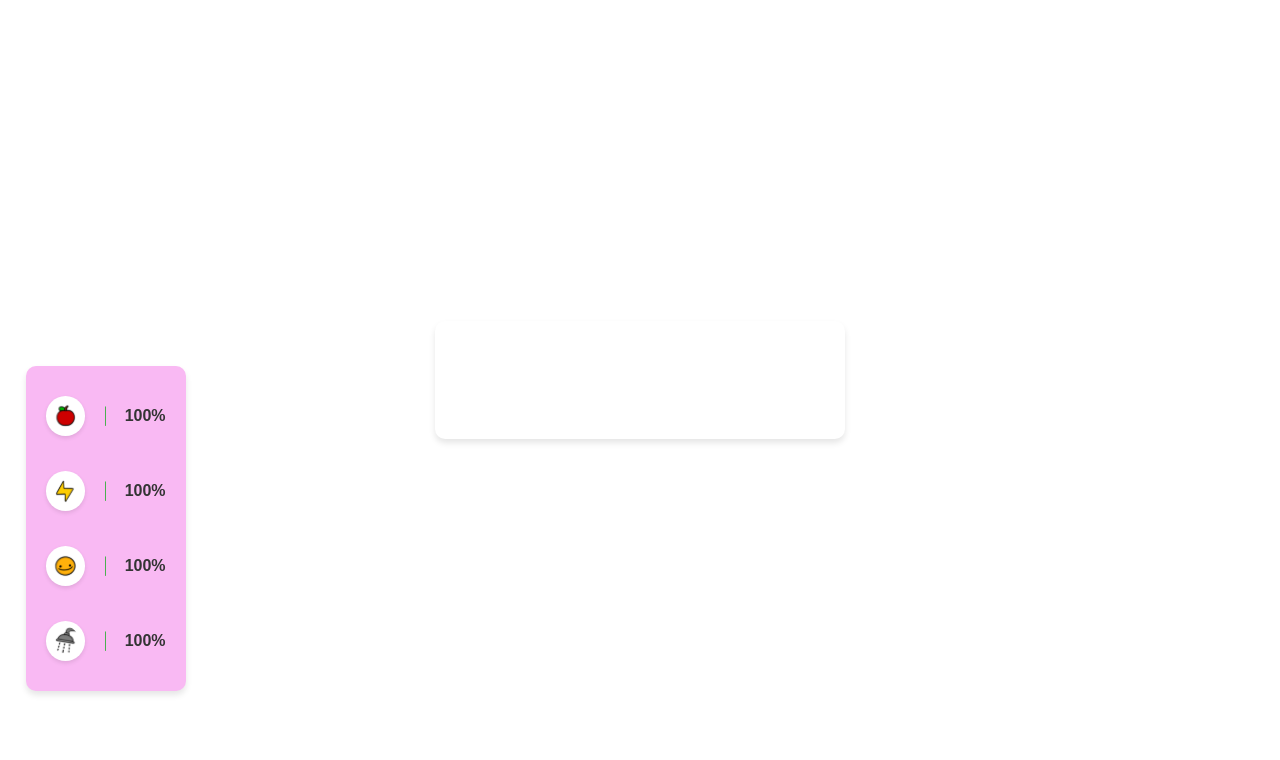
Repository: sarahjx/CapyCare
Page: html/pet.html
These files come from the project's save history. The page is drawn as it stood at one moment and after a run of saves; the edit follows.
The browser window is 1280 px wide. The pictures show the whole page.

Above is the page before, as saved 2025-04-30 18:22:20.
Console error: TypeError: Cannot read properties of null (reading 'addEventListener')

### html/pet.html
<!-- @format -->

<!DOCTYPE html>
<html lang="en">
  <head>
    <meta charset="UTF-8" />
    <meta name="viewport" content="width=device-width, initial-scale=1.0" />
    <title>Virtual Pet Game</title>
    <link rel="stylesheet" href="styles.css" />
    <link rel="stylesheet" href="css/statusbar.css" />
  </head>
  <body>
    <div class="container">
      <!-- Button Section -->
      <div class="buttons">
        <button class="action-btn" onclick="feedPet(currentPet)">Feed</button>
        <button class="action-btn" onclick="bathePet(currentPet)">Bathe</button>
        <button class="action-btn" onclick="bedtime(currentPet)">Sleep</button>
        <button class="action-btn" onclick="touchPet(currentPet)">Play</button>
        <button id="pauseButton" class="action-btn" onclick="togglePause()">
          Pause
        </button>
      </div>
    </div>

    <!-- Status Bar Container -->
    <div class="status-bar-container">
      <!-- Top Bar: Hunger and Energy -->
      <div class="status-row">
        <img src="images/hunger.svg" alt="Hunger Icon" class="status-icon" />
        <div class="bar" id="hunger-bar">
          <div class="status-fill"></div>
        </div>
        <span id="hunger-value">100%</span>
      </div>
      <div class="status-row">
        <img src="images/energy.svg" alt="Energy Icon" class="status-icon" />
        <div class="bar" id="energy-bar">
          <div class="status-fill"></div>
        </div>
        <span id="energy-value">100%</span>
      </div>

      <!-- Bottom Bar: Happiness and Hygiene -->
      <div class="status-row">
        <img
          src="images/happiness.svg"
          alt="Happiness Icon"
          class="status-icon"
        />
        <div class="bar" id="happiness-bar">
          <div class="status-fill"></div>
        </div>
        <span id="happiness-value">100%</span>
      </div>
      <div class="status-row">
        <img src="images/hygiene.svg" alt="Hygiene Icon" class="status-icon" />
        <div class="bar" id="hygiene-bar">
          <div class="status-fill"></div>
        </div>
        <span id="hygiene-value">100%</span>
      </div>
    </div>

    <!-- Game Over Screen -->
    <div id="gameOverScreen" class="game-over" style="display: none">
      <h2 id="gameOverMessage"></h2>
      <button onclick="resetGame()">Start New Game</button>
    </div>

    <script src="backend/status.js"></script>
    <script>
      // Update bars in real-time
      setInterval(() => {
        if (!isPaused) {
          document.getElementById("hunger-bar").style.width = `${hunger}%`;
          document.getElementById("energy-bar").style.width = `${energy}%`;
          document.getElementById(
            "happiness-bar"
          ).style.width = `${happiness}%`;
          document.getElementById("hygiene-bar").style.width = `${hygiene}%`;

          document.getElementById("hunger-value").textContent = `${Math.round(
            hunger
          )}%`;
          document.getElementById("energy-value").textContent = `${Math.round(
            energy
          )}%`;
          document.getElementById(
            "happiness-value"
          ).textContent = `${Math.round(happiness)}%`;
          document.getElementById("hygiene-value").textContent = `${Math.round(
            hygiene
          )}%`;
        }
      }, 1000);
    </script>
  </body>
</html>

### styles.css
:root {
    --primary-color: #F9D9D9;
    --secondary-color: #D9E7F9;
    --tertiary-color: #FFF1FB;
    --accent-color: #F7EFD7;
    --text-color: #333;
    --spacing-xs: 0.5rem;
    --spacing-sm: 0.75rem;
    --spacing-md: 1rem;
    --spacing-lg: 1.5rem;
    --spacing-xl: 2rem;
    --spacing-xxl: 3rem;
    --font-family: 'Fredoka One', sans-serif;
    --font-size-xs: 0.75rem;
    --font-size-sm: 0.875rem;
    --font-size-md: 1rem;
    --font-size-lg: 1.125rem;
    --font-size-xl: 1.25rem;
    --font-size-xxl: 1.5rem;
}

  /* landing page */
.landing-page {
    position: relative;
    width: 100vw;
    overflow: hidden;
    color: var(--secondary-color);
    font-family: var(--font-family);
}

.welcome-message {
    text-align: center;
    font-size: 4rem;
    color: var(--text-color);
    font-family: var(--font-family);
    background-color: var(--accent-color);
    border: 3px solid var(--secondary-color);
    padding: var(--spacing-md) var(--spacing-lg);
    border-radius: 12px;
    margin-bottom: var(--spacing-lg);
    box-shadow: 0 4px 10px rgba(0, 0, 0, 0.1);
}

.background {
    position: relative;
    top: 0;
    left: 0;
    width: 100%;
    height: 100%;
    z-index: -1;
}

.background img {
    width: 100%;
    height: 100%;
    object-fit: cover;
    object-position: center top;
}

  /* Button container */
.button-container {
    position: absolute;
    top: 0;
    left: 0;
    width: 100%;
    height: 100%;
    display: flex;
    flex-direction: column;
    align-items: center;
    justify-content: center;
    padding-top: 45vh;
}

  /* Button styles */
.png-button {
    border: none;
    background: transparent;
    padding: 0;
    cursor: pointer;
    transform: translateY(0);
    transition: transform 0.2s ease;
    z-index: 2;
}

.png-button img {
    width: 530px;
    height: auto;
    display: block;
}

.png-button:hover img {
    transform: scale(1.05);
}

.png-button:active img {
    transform: scale(0.98);
}


/* pet page */

body {
    font-family: Arial, sans-serif;
    display: flex;
    justify-content: center;
    align-items: center;
    height: 100vh;
    background-color: #f0f0f0;
    margin: 0;
}

/* Container for all content */
.container {
    text-align: center;
    background-color: #fff;
    border-radius: 10px;
    padding: 30px;
    box-shadow: 0 4px 6px rgba(0, 0, 0, 0.1);
    width: 350px;
    position: relative;
}

/* Button section above the status bars */
.buttons {
    display: flex;
    justify-content: space-around;
    margin-bottom: 20px;
}

/* Style for action buttons */
.action-btn {
    padding: 10px 20px;
    font-size: 16px;
    cursor: pointer;
    background-color: var(--button-color);
    color: white;
    border: none;
    border-radius: 5px;
}

.action-btn:hover {
    background-color: #45a049;
}

/* Status bar section at the bottom of the container */
.status-bar {
    position: absolute;
    bottom: 0;
    width: 100%;
}

/* Individual rows containing icons and bars */
.status-row {
    display: flex;
    align-items: center;
    margin: 10px 0;
}

/* Status icon (SVG) */
.status-icon {
    width: 30px;
    height: 30px;
    margin-right: 10px;
}

/* Status bars */
.bar {
    width: 0;
    height: 20px;
    background-color: var(--primary-color);
    border-radius: 5px;
    transition: width 0.5s ease-in-out;
}

### css/statusbar.css
/** @format */

:root {
  --primary-color: #f9d9d9;
  --secondary-color: #d9e7f9;
  --tertiary-color: #fff1fb;
  --accent-color: #f7efd7;
  --text-color: #333;
  --spacing-xs: 0.5rem;
  --spacing-sm: 0.75rem;
  --spacing-md: 1rem;
  --spacing-lg: 1.5rem;
  --spacing-xl: 2rem;
  --spacing-xxl: 3rem;
  --font-family: "McLaren", sans-serif;
  --font-size-xs: 0.75rem;
  --font-size-sm: 0.875rem;
  --font-size-md: 1rem;
  --font-size-lg: 1.125rem;
  --font-size-xl: 1.25rem;
  --font-size-xxl: 1.5rem;
}

body {
  font-family: var(--font-family);
  font-weight: 10;
  max-width: 800px;
  margin: 0 auto;
  padding: 20px;
  background-color: #ffffff;
}

.status-bar-container {
  position: fixed;
  background-color: rgb(249, 185, 243);
  padding: 20px;
  border-radius: 10px;
  display: flex;
  flex-direction: column;
  gap: 15px;
  bottom: 4%;
  left: 2%;
  box-shadow: 0 4px 6px rgba(0, 0, 0, 0.1);
}

.status-icon-container {
  display: inline-flex;
  flex-direction: column;
}

.status-row {
  display: flex;
  align-items: center;
  gap: 10px;
}

.status-icon {
  width: 30px;
  height: 30px;
  padding: 5px;
  background-color: white;
  border-radius: 50%;
  box-shadow: 0 2px 4px rgba(0, 0, 0, 0.1);
}

.status-label {
  display: inline-block;
  width: 100px;
  font-weight: bold;
}

.bar {
  width: 200px;
  height: 20px;
  background-color: #eee;
  border-radius: 10px;
  overflow: hidden;
  position: relative;
}

.status-fill {
  height: 100%;
  background-color: #4caf50;
  transition: width 0.3s ease;
  border-radius: 10px;
}

#hunger-value,
#energy-value,
#happiness-value,
#hygiene-value {
  min-width: 50px;
  text-align: right;
  font-weight: bold;
  color: #333;
}

.action-buttons {
  margin-top: 20px;
  display: inline-flex;
  flex-direction: column;
  padding: 10px;
  border-radius: 10px;
  gap: 15px;
  background-color: #ff9800;
  position: fixed;
  right: 2%;
  bottom: 4%;
}

button {
  padding: 10px;
  border: none;
  border-radius: 5px;
  background-color: #4caf50;
  color: white;
  cursor: pointer;
  transition: background-color 0.3s;
  width: 6rem;
  font-family: var(--font-family);
  font-weight: 7pt;
  font-size: var(--font-size-xl);
}

button:hover {
  background-color: #45a049;
}

.warning {
  color: #ff9800;
  font-weight: bold;
  margin-top: 5px;
}

.critical {
  color: #f44336;
  font-weight: bold;
  margin-top: 5px;
}

.hidden {
  display: none;
}

### backend/status.js
/** @format */

function Personality(favFood, active, clean, clingy, foodLover, introText) {
  this.favFood = favFood;
  this.active = active;
  this.clean = clean;
  this.clingy = clingy;
  this.foodLover = foodLover;
  this.intro = introText;
}

const mix1 = new Personality(
  "Sunfruit",
  true,
  true,
  true,
  true,
  "This pet is energetic and playful, always ready to explore or play. They love the taste of Sunfruit and will happily eat it when offered, but they'll need constant attention, so expect lots of petting and cuddling. Despite their active nature, they stay clean and are easy to bathe. This pet loves affection and will return it in kind!"
);
const mix2 = new Personality(
  "Snakberry",
  true,
  true,
  false,
  true,
  "This pet is full of energy and loves to make the most of their days. They are particularly fond of Snakberries, which they will devour happily, but they tend to get hungry more often due to their high energy levels. Despite their active nature, they keep themselves clean and are easy to bathe. They're not overly clingy, so while they'll happily spend time with you, they won't be demanding affection constantly."
);
const mix3 = new Personality(
  "Dreamleaf",
  false,
  false,
  true,
  false,
  "This pet is laid-back and enjoys spending time with you, always seeking your company. They love Dreamleaf as a treat, but they're not particularly food-driven and don't get hungry as often. While they may get a little dirty from time to time, they tend to move around when you try to bathe them. Expect them to seek out your attention frequently, and be ready to shower them with love when they come to you for pets."
);

const personalities = [mix1, mix2, mix3];

// Global variables
let currentPet = null;
let hunger = 100;
let energy = 100;
let hygiene = 100;
let happiness = 100;
let isGameOver = false;
let isPaused = false;

// Store interval IDs globally
let hungerInterval = null;
let energyInterval = null;
let hygieneInterval = null;
let happinessInterval = null;

function getRandomPersonality() {
  const randomIndex = Math.floor(Math.random() * personalities.length);
  currentPet = personalities[randomIndex];
  console.log("New pet initialized:", currentPet.intro);
  return currentPet;
}

// Personality-based status decrease functions
function decreaseHunger() {
  if (!currentPet || isGameOver) return;

  // Food lovers get hungry faster
  const decreaseAmount = currentPet.foodLover ? 15 : 10;
  if (hunger <= 0) {
    hunger = 0;
    if (checkGameOver()) return;
  } else if (hunger > 0) {
    hunger -= decreaseAmount;
    if (checkGameOver()) return;
  }
  console.log("Hunger: " + hunger);
  warning();
}

function decreaseEnergy() {
  if (!currentPet || isGameOver) return;

  // Active pets lose energy faster
  const decreaseAmount = currentPet.active ? 15 : 10;
  if (energy <= 0) {
    energy = 0;
    if (checkGameOver()) return;
  } else if (energy > 0) {
    energy -= decreaseAmount;
    if (checkGameOver()) return;
  }
  console.log("Energy: " + energy);
  warning();
}

function decreaseHygiene() {
  if (!currentPet || isGameOver) return;

  // Clean pets lose hygiene slower
  const decreaseAmount = currentPet.clean ? 8 : 12;
  if (hygiene <= 0) {
    hygiene = 0;
    if (checkGameOver()) return;
  } else if (hygiene > 0) {
    hygiene -= decreaseAmount;
    if (checkGameOver()) return;
  }
  console.log("Hygiene: " + hygiene);
  warning();
}

function decreaseHappiness() {
  if (!currentPet || isGameOver) return;

  // Clingy pets lose happiness faster when not attended to
  const decreaseAmount = currentPet.clingy ? 15 : 10;
  if (happiness <= 0) {
    happiness = 0;
    if (checkGameOver()) return;
  } else if (happiness > 0) {
    happiness -= decreaseAmount;
    if (checkGameOver()) return;
  }
  console.log("Happiness: " + happiness);
  warning();
}

// Update intervals with personality-based timing
function updateIntervals() {
  // Clear any existing intervals
  if (hungerInterval) clearInterval(hungerInterval);
  if (energyInterval) clearInterval(energyInterval);
  if (hygieneInterval) clearInterval(hygieneInterval);
  if (happinessInterval) clearInterval(happinessInterval);

  // Set new intervals based on personality
  hungerInterval = setInterval(
    () => {
      decreaseHunger();
      warning();
    },
    currentPet.foodLover ? 6000 : 8000
  );

  energyInterval = setInterval(
    () => {
      decreaseEnergy();
      warning();
    },
    currentPet.active ? 8000 : 12000
  );

  hygieneInterval = setInterval(
    () => {
      decreaseHygiene();
      warning();
    },
    currentPet.clean ? 18000 : 15000
  );

  happinessInterval = setInterval(
    () => {
      decreaseHappiness();
      warning();
    },
    currentPet.clingy ? 8000 : 10000
  );

  console.log("Intervals updated for pet:", currentPet.intro);
}

// Pause game function
function pauseGame() {
  if (hungerInterval) clearInterval(hungerInterval);
  if (energyInterval) clearInterval(energyInterval);
  if (hygieneInterval) clearInterval(hygieneInterval);
  if (happinessInterval) clearInterval(happinessInterval);
  console.log("Game paused");
}

// Resume game function
function resumeGame() {
  updateIntervals();
  console.log("Game resumed");
}

// Initialize with a random pet and start intervals
currentPet = getRandomPersonality();
updateIntervals();

function touchPet(personality) {
  if (personality.clingy) {
    gainStatus("happiness");
    console.log("Your pet loves the attention!");
  } else {
    loseStatus("happiness");
    console.log("Your pet prefers their space.");
  }
}

function feedPet(personality) {
  gainStatus("hunger"); // Always increase hunger
  if (personality.foodLover) {
    gainStatus("happiness");
    console.log("Your pet loves the food!");
  } else {
    loseStatus("happiness");
    console.log("Your pet isn't very interested in food.");
  }
}

function bathePet(personality) {
  gainStatus("hygiene"); // Always increase hygiene
  if (personality.clean) {
    gainStatus("happiness");
    console.log("Your pet enjoys being clean!");
  } else {
    loseStatus("happiness");
    console.log("Your pet doesn't like baths.");
  }
}

function bedtime(personality) {
  gainStatus("energy"); // Always increase energy
  if (personality.active) {
    loseStatus("happiness");
    console.log("Your pet is too energetic to sleep!");
  } else {
    gainStatus("happiness");
    console.log("Your pet enjoys resting.");
  }
}

function gainStatus(category) {
  switch (category) {
    case "hunger":
      if (hunger >= 100) {
        console.log("Hunger is full!");
      } else if (hunger < 100) {
        hunger += 10;
        console.log("Hunger: " + hunger);
      }
      break;
    case "energy":
      if (energy >= 100) {
        console.log("Energy is full!");
      } else if (energy < 100) {
        energy += 10;
        console.log("Energy: " + energy);
      }
      break;
    case "hygiene":
      if (hygiene >= 100) {
        console.log("Hygiene is full!");
      } else if (hygiene < 100) {
        hygiene += 10;
        console.log("Hygiene: " + hygiene);
      }
      break;
    case "happiness":
      if (happiness >= 100) {
        console.log("Happiness is full!");
      } else if (happiness < 100) {
        happiness += 10;
        console.log("Happiness: " + happiness);
      }
      break;
    default:
      console.log("Invalid category");
  }
}

function loseStatus(category) {
  switch (category) {
    case "hunger":
      if (hunger <= 0) {
        console.log("Hunger is empty!");
        hunger = 0;
      } else if (hunger > 0) {
        hunger -= 10;
        console.log("Hunger: " + hunger);
      }
      break;
    case "energy":
      if (energy <= 0) {
        console.log("Energy is empty!");
        energy = 0;
      } else if (energy > 0) {
        energy -= 10;
        console.log("Energy: " + energy);
      }
      break;
    case "hygiene":
      if (hygiene <= 0) {
        console.log("Hygiene is empty!");
        hygiene = 0;
      } else if (hygiene > 0) {
        hygiene -= 10;
        console.log("Hygiene: " + hygiene);
      }
      break;
    case "happiness":
      if (happiness <= 0) {
        console.log("Happiness is empty!");
        happiness = 0;
      } else if (happiness > 0) {
        happiness -= 10;
        console.log("Happiness: " + happiness);
      }
      break;
    default:
      console.log("Invalid category");
  }
}

function warning() {
  // Hunger warnings
  if (hunger <= 50 && hunger > 20) {
    document.getElementById("hunger-warning").textContent =
      "Your pet is getting hungry!";
    document.getElementById("hunger-warning").className = "warning";
  } else if (hunger <= 20 && hunger > 0) {
    document.getElementById("hunger-warning").textContent =
      "Your pet is starving!";
    document.getElementById("hunger-warning").className = "critical";
  } else {
    document.getElementById("hunger-warning").textContent = "";
  }

  // Energy warnings
  if (energy <= 50 && energy > 20) {
    document.getElementById("energy-warning").textContent =
      "Your pet is getting tired!";
    document.getElementById("energy-warning").className = "warning";
  } else if (energy <= 20 && energy > 0) {
    document.getElementById("energy-warning").textContent =
      "Your pet is exhausted!";
    document.getElementById("energy-warning").className = "critical";
  } else {
    document.getElementById("energy-warning").textContent = "";
  }

  // Hygiene warnings
  if (hygiene <= 50 && hygiene > 20) {
    document.getElementById("hygiene-warning").textContent =
      "Your pet needs a bath!";
    document.getElementById("hygiene-warning").className = "warning";
  } else if (hygiene <= 20 && hygiene > 0) {
    document.getElementById("hygiene-warning").textContent =
      "Your pet is filthy!";
    document.getElementById("hygiene-warning").className = "critical";
  } else {
    document.getElementById("hygiene-warning").textContent = "";
  }

  // Happiness warnings
  if (happiness <= 50 && happiness > 20) {
    document.getElementById("happiness-warning").textContent =
      "Your pet is getting sad!";
    document.getElementById("happiness-warning").className = "warning";
  } else if (happiness <= 20 && happiness > 0) {
    document.getElementById("happiness-warning").textContent =
      "Your pet is depressed!";
    document.getElementById("happiness-warning").className = "critical";
  } else {
    document.getElementById("happiness-warning").textContent = "";
  }
}

function checkGameOver() {
  if (hunger <= 0 || energy <= 0 || hygiene <= 0 || happiness <= 0) {
    isGameOver = true;
    pauseGame();
    showGameOver();
    return true;
  }
  return false;
}

function showGameOver() {
  let reason = "";
  if (hunger <= 0) reason = "Your pet starved to death!";
  else if (energy <= 0) reason = "Your pet died from exhaustion!";
  else if (hygiene <= 0) reason = "Your pet died from poor hygiene!";
  else if (happiness <= 0) reason = "Your pet died from sadness!";

  console.log("GAME OVER: " + reason);
  document.getElementById("gameOverMessage").textContent = reason;
  document.getElementById("gameOverScreen").style.display = "flex";
}

function resetGame() {
  isGameOver = false;
  hunger = 100;
  energy = 100;
  hygiene = 100;
  happiness = 100;
  document.getElementById("gameOverScreen").style.display = "none";
  currentPet = getRandomPersonality();
  updateStatusBars();
  updateIntervals();
}

function togglePause() {
  isPaused = !isPaused;
  const pauseButton = document.getElementById("pauseButton");
  const buttons = document.querySelectorAll(
    ".buttons button:not(#pauseButton)"
  );

  if (isPaused) {
    pauseButton.textContent = "Resume";
    pauseButton.classList.add("paused");
    buttons.forEach((button) => (button.disabled = true));
    pauseGame();
  } else {
    pauseButton.textContent = "Pause";
    pauseButton.classList.remove("paused");
    buttons.forEach((button) => (button.disabled = false));
    resumeGame();
  }
}

// Update status bars
function updateStatusBars() {
  document.getElementById("hunger-bar").style.width = hunger + "%";
  document.getElementById("energy-bar").style.width = energy + "%";
  document.getElementById("hygiene-bar").style.width = hygiene + "%";
  document.getElementById("happiness-bar").style.width = happiness + "%";

  document.getElementById("hunger-value").textContent = hunger + "%";
  document.getElementById("energy-value").textContent = energy + "%";
  document.getElementById("hygiene-value").textContent = hygiene + "%";
  document.getElementById("happiness-value").textContent = happiness + "%";
}

// Override console.log to update UI
const originalConsoleLog = console.log;
console.log = function () {
  originalConsoleLog.apply(console, arguments);
  updateStatusBars();
};

// Initial update
updateStatusBars();



  const toggleButton = document.getElementById('toggle-button');
  const closeButton = document.getElementById('close-button');
  const actionButtons = document.getElementById('action-buttons-column');

  toggleButton.addEventListener('click', () => {
    actionButtons.classList.remove('hidden');
    toggleButton.classList.add('hidden');
  });

  closeButton.addEventListener('click', () => {
    actionButtons.classList.add('hidden');
    toggleButton.classList.remove('hidden');
  });

After the next 2 saves:
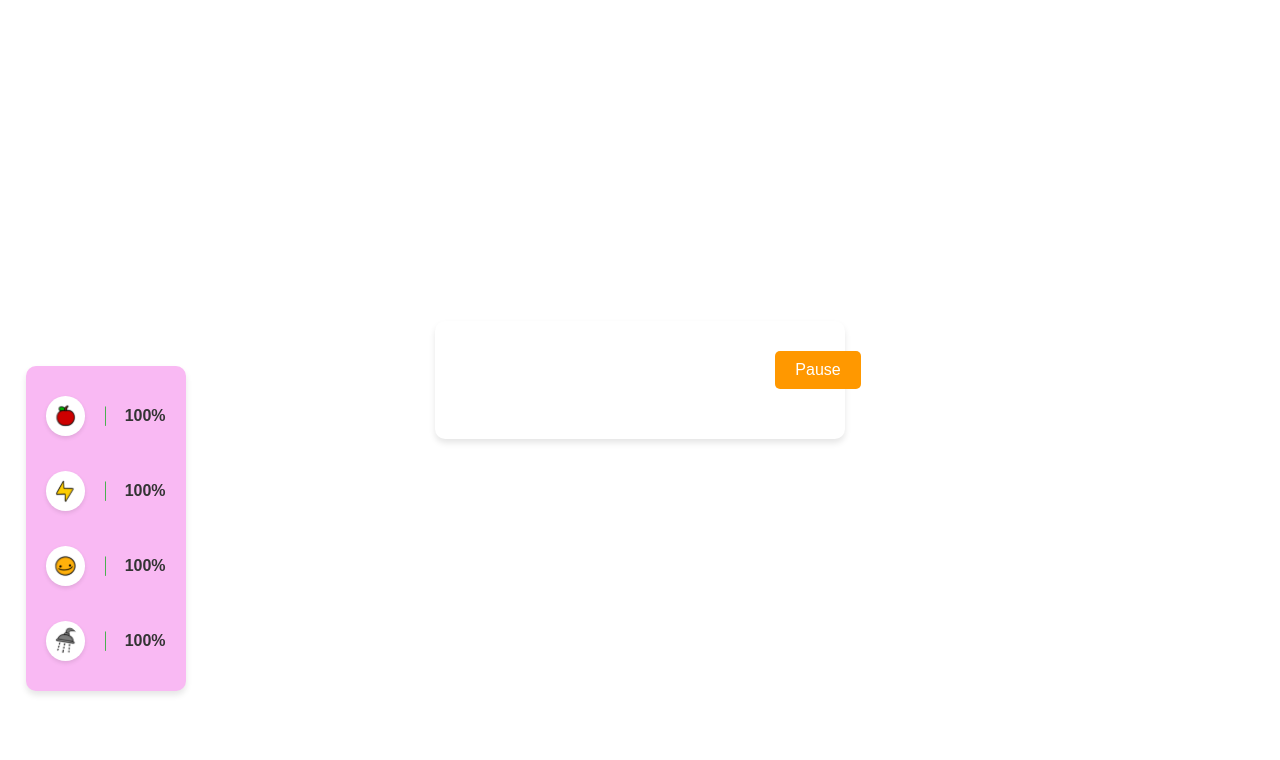
The 2 saves are shown as one change because they came seconds apart.
The last was saved 7 s later.
--- a/css/statusbar.css
+++ b/css/statusbar.css
@@ -141,3 +141,51 @@ button:hover {
 .hidden {
   display: none;
 }
+
+.game-over {
+  position: fixed;
+  top: 50%;
+  left: 50%;
+  transform: translate(-50%, -50%);
+  background-color: white;
+  padding: 2rem;
+  border-radius: 10px;
+  box-shadow: 0 4px 6px rgba(0, 0, 0, 0.1);
+  text-align: center;
+  z-index: 1000;
+}
+
+.game-over h2 {
+  color: #f44336;
+  margin-bottom: 1rem;
+}
+
+.game-over button {
+  background-color: #4caf50;
+  color: white;
+  border: none;
+  padding: 10px 20px;
+  border-radius: 5px;
+  cursor: pointer;
+  font-size: 1rem;
+}
+
+.game-over button:hover {
+  background-color: #45a049;
+}
+
+#pauseButton {
+  background-color: #ff9800;
+}
+
+#pauseButton:hover {
+  background-color: #f57c00;
+}
+
+#pauseButton.paused {
+  background-color: #4caf50;
+}
+
+#pauseButton.paused:hover {
+  background-color: #45a049;
+}
